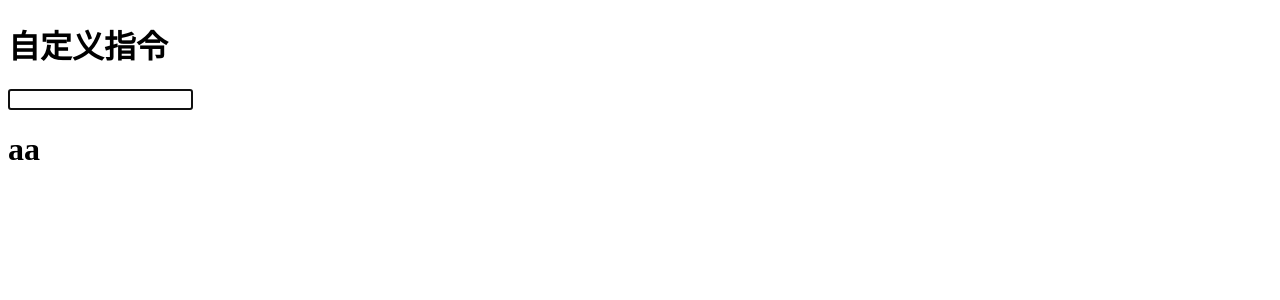
Repository: paranoia-M/vue3-Actions
Page: /define
An editor plug-in stored every save of this project. The page is shown before and after the next save, followed by the edit.
The browser window is 1280 px wide. The pictures show the whole page.
The project was rebuilt for these pictures with package versions that can differ from the ones it lists, and the page was loaded fresh each time. Also part of the build but not shown: vite.config.js, vue.config.js, src/components/demo/Pra.vue, src/components/demo/Pra2.vue, src/components/demo/Pra3.vue, src/components/Component.vue.

Above is the page before, as saved 2022-03-14 15:06:42.

After the next save:
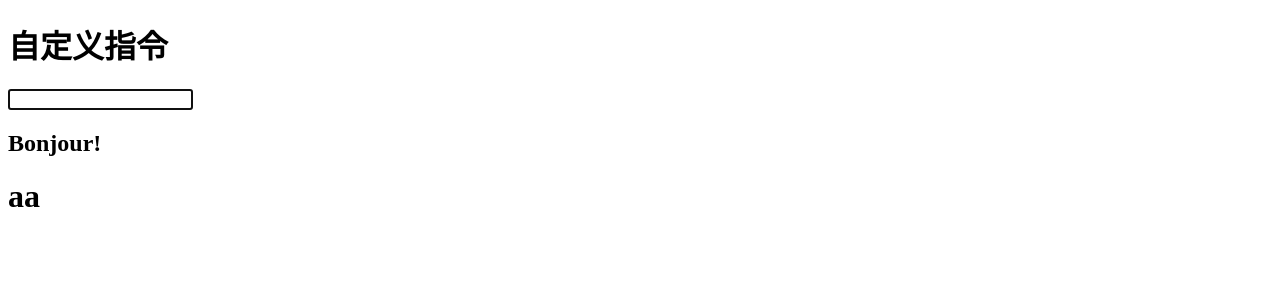
Saved 39 s later.
--- a/src/plugins/myPlugin/MyPlugin.js
+++ b/src/plugins/myPlugin/MyPlugin.js
@@ -5,7 +5,7 @@
     app.config.globalProperties.$translate = (key) => {
       return key.split(".").reduce((o, i) => {
         if (o) return o[i];
-      });
+      }, options);
     };
   },
 };
